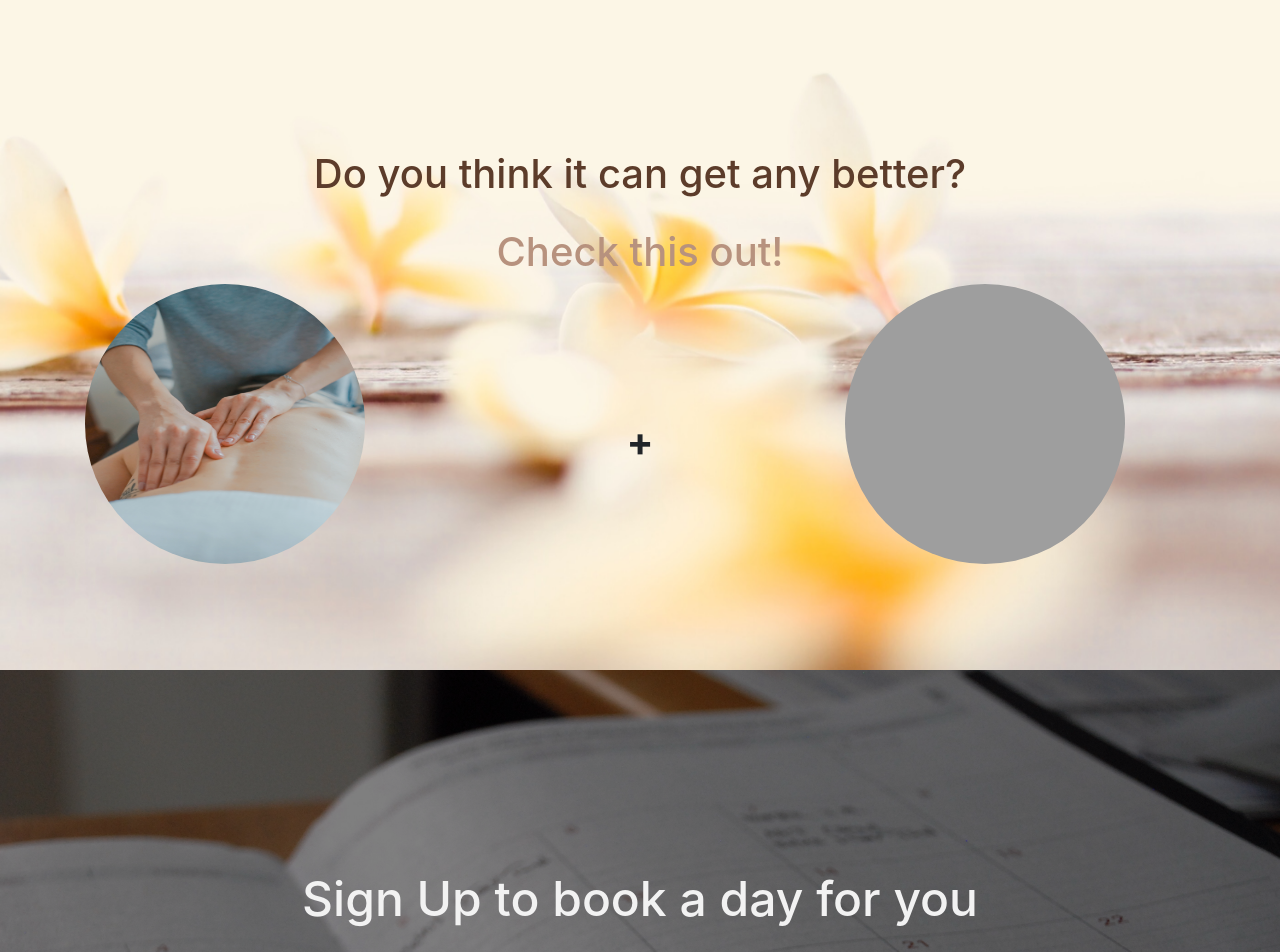
Repository: Code-Institute-Submissions/spa-website
Page: index.html
The author's editor kept a record of every edit. The page is drawn from the files as they stood at one moment, then again after the next edit.
The browser window is 1280 px wide. The pictures show the part of the page from y = 3144 to 4096 px (the page is 5542 px tall).
Pictures or frames that could not be fetched are drawn as grey boxes. An inner scrolling area shows only its first screen. Some web libraries are served in a nearby version.

Above is the page before.

After the next edit:
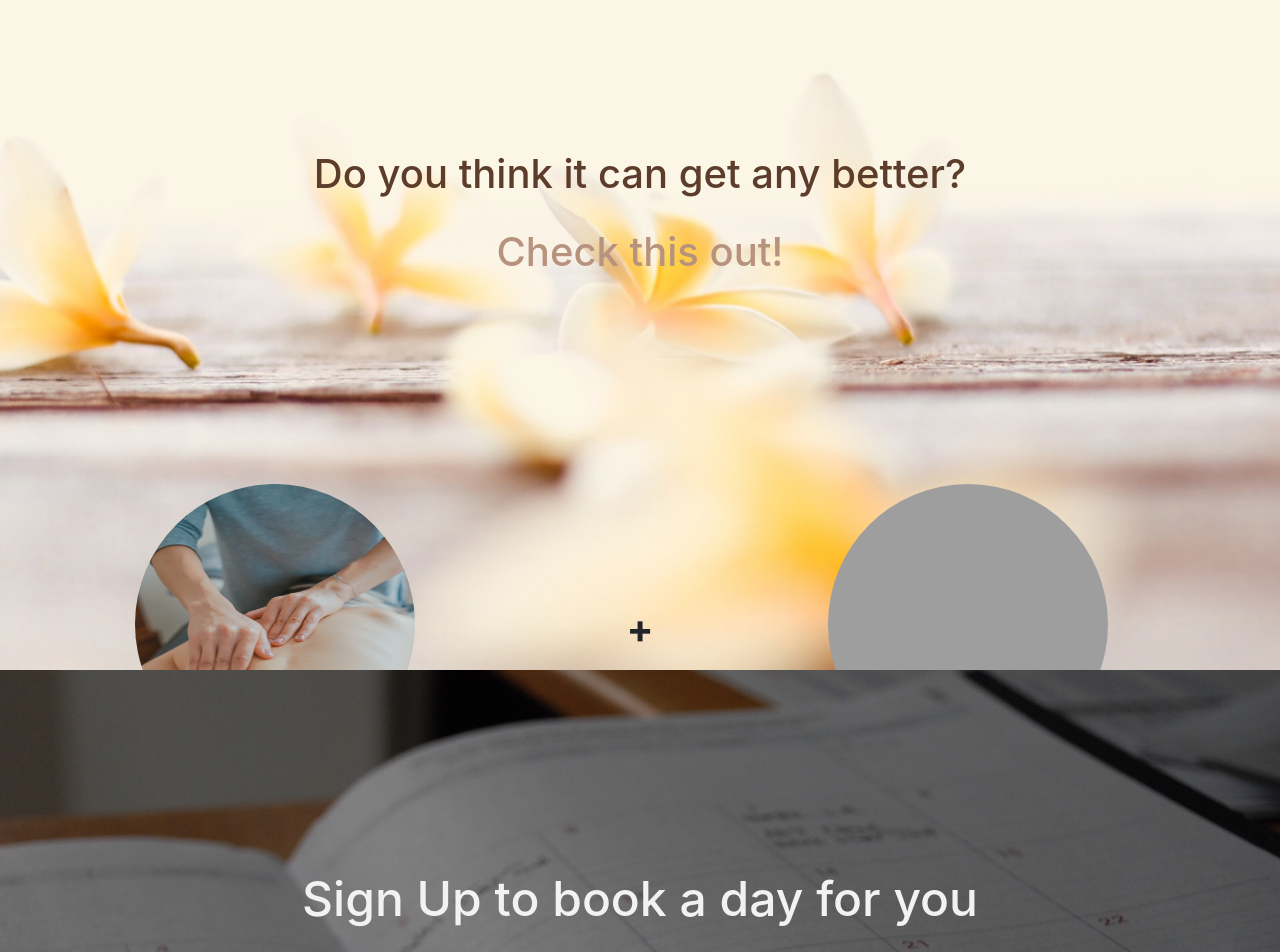
The edit:
--- a/index.html
+++ b/index.html
@@ -188,7 +188,7 @@
       <div class="container">
         <h1 id="top">Do you think it can get any better?</h1>
         <h2 id="secondtop">Check this out!</h2>
-        <div class="row">
+        <div class="row" id="roundpics">
           <div class="col-sm-4">
             <img src="images/massagepic.jpg" class="rounded-circle" alt="massage" width="280" height="280">
           </div>
